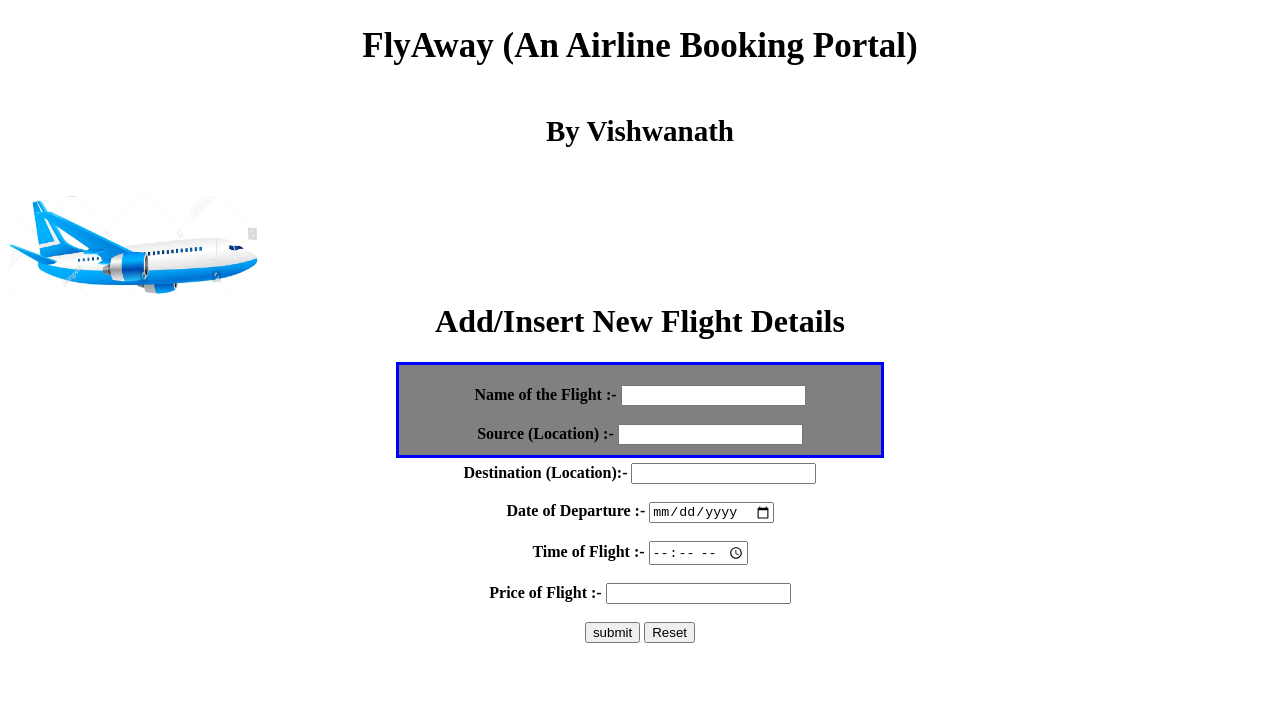
Repository: Vishu4401/FlyAway-An-Airline-Booking-Portal-
Page: http://localhost/FlyAway-An-Airline-Booking-Portal/AdminHome.jsp
An editor plug-in stored every save of this project. The page is shown before and after the next save, followed by the edit.
The browser window is 1280 px wide. The pictures show the whole page.
The page is served by Tomcat 9. Other server files are loaded and not shown.

Above is the page before, as saved 2022-08-24 04:38:39.

### FlyAway-An-Airline-Booking-Portal/src/main/webapp/AdminHome.jsp
<%@ page language="java" contentType="text/html; charset=ISO-8859-1"
    pageEncoding="ISO-8859-1"%>
<!DOCTYPE html>
<html>
<head>

<style>
div {
  width: 100px;
  height: 50px;
  background-color: grey;
  font-weight: bold;
  position: relative;
  animation: mymove 5s;
}

#div1 {animation-timing-function: linear;}


@keyframes mymove {
  from {left: 0px;}
  to {left: 300px;}
}

</style>

<meta charset="ISO-8859-1">
<title>Admin Home Page</title>
</head>
<body >
<br>
<a href="HomeScreen.jsp" style="color:black;text-decoration:none ;font-size:35px;font-weight:bold;">
<center>FlyAway (An Airline Booking Portal)
<h5>By Vishwanath</h5>
</center></a>

<div id="div1">
 <img src="flight.jpg" alt="Fly Away" width="250" height="100">
</div>

<br><br>
<center>
<h1>Add/Insert New Flight Details</h1>

<div style="border:3px solid blue;width:35%;padding:20px" align="center">
<form action="BookFlight.jsp" method=post>
	<label for=name>Name of the Flight :-</label> <input type="text" name=name id=name required /><br><br>
	<label for=from>Source (Location) :-</label> <input type="text" name=from id=from required/><br><br>
	<label for=to>Destination (Location):-</label> <input type="text" name=to id=to required /><br><br>
	<label for=departure>Date of Departure :-</label> <input type="date" name=departure id=departure required/><br><br>
	<label for=time>Time of Flight :-</label> <input type="time" name=time id=time required /><br><br>
	<label for=price>Price of Flight :-</label> <input type="text" name=price id=price required /><br><br>
	<input type="submit" value=submit /> <input type=reset />
</form>
</div>
</center>
<%
	String message=(String)session.getAttribute("message");
	if(message!=null){
%>
<p style="color:silver;"><%=message %></p>
<%
		session.setAttribute("message", null);
	}
%>
</body>
</html>

After the next save:
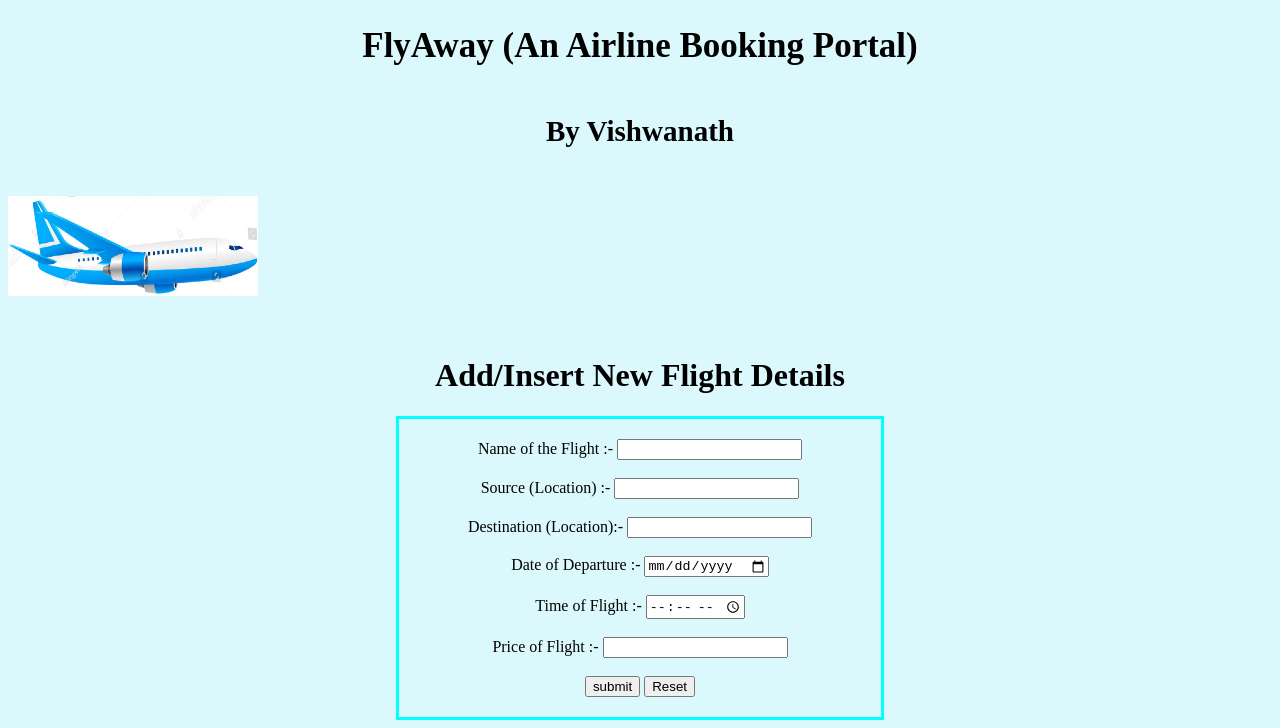
Saved 46 s later.
--- a/FlyAway-An-Airline-Booking-Portal/src/main/webapp/AdminHome.jsp
+++ b/FlyAway-An-Airline-Booking-Portal/src/main/webapp/AdminHome.jsp
@@ -5,7 +5,7 @@
 <head>
 
 <style>
-div {
+div1 {
   width: 100px;
   height: 50px;
   background-color: grey;
@@ -13,6 +13,10 @@ div {
   position: relative;
   animation: mymove 5s;
 }
+body {
+background-color: #DBF9FC;
+}
+
 
 #div1 {animation-timing-function: linear;}
 
@@ -41,8 +45,7 @@ div {
 <br><br>
 <center>
 <h1>Add/Insert New Flight Details</h1>
-
-<div style="border:3px solid blue;width:35%;padding:20px" align="center">
+<div style="border:3px solid cyan;width:35%;padding:20px" align="center">
 <form action="BookFlight.jsp" method=post>
 	<label for=name>Name of the Flight :-</label> <input type="text" name=name id=name required /><br><br>
 	<label for=from>Source (Location) :-</label> <input type="text" name=from id=from required/><br><br>
